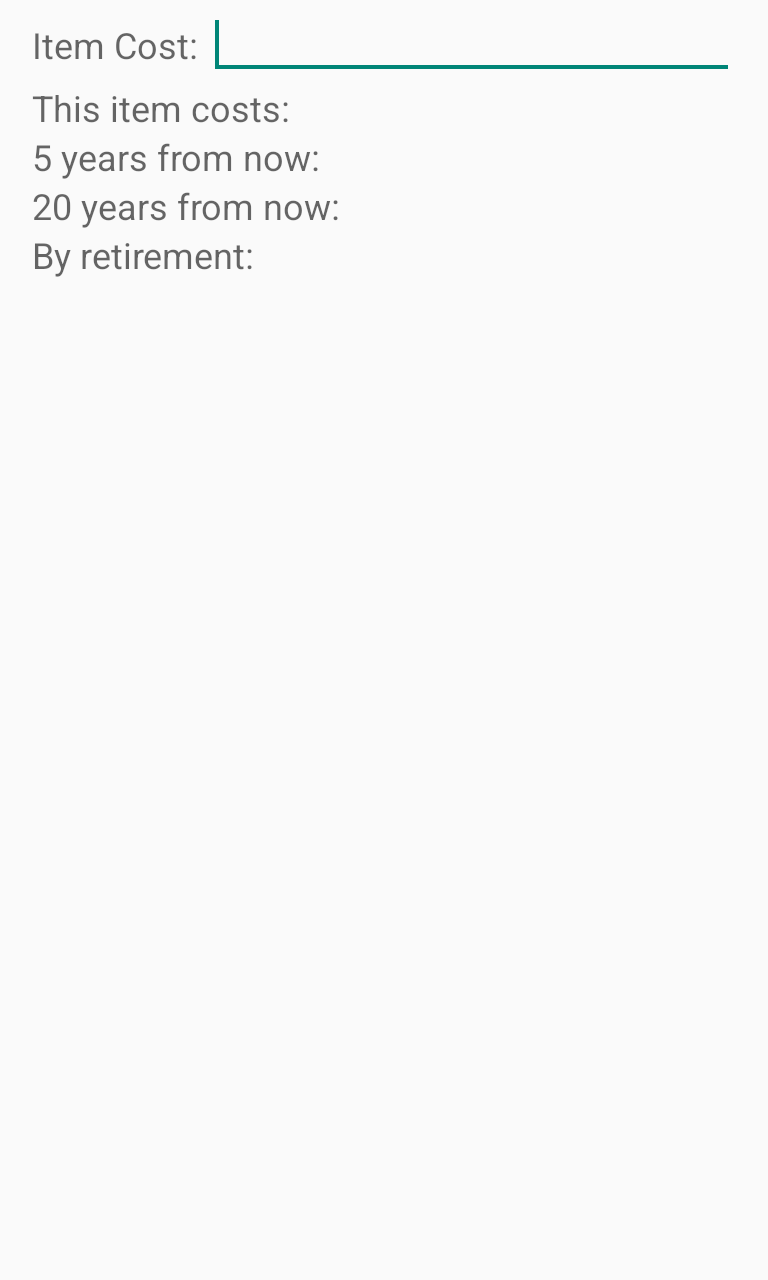
Repository: aallev11/saveit
Layout: ShouldISaveIt/res/layout/lifetimevalue.xml
An editor plug-in stored every save of this project. The layout is shown before and after the next save, followed by the edit.
It is drawn on a 768 x 1280 px phone screen (xhdpi) without system bars, with theme AppTheme; the app's code is not run.

Above is the layout before, as saved 2014-03-30 12:44:42.

### ShouldISaveIt/res/layout/lifetimevalue.xml
<?xml version="1.0" encoding="utf-8"?>
<FrameLayout xmlns:android="http://schemas.android.com/apk/res/android"
    android:layout_width="match_parent"
    android:layout_height="match_parent" >

    <LinearLayout
        android:layout_width="fill_parent"
        android:layout_height="fill_parent"
        android:orientation="vertical"
        android:paddingLeft="16dp"
        android:paddingRight="16dp" >

        <LinearLayout
            android:layout_width="fill_parent"
            android:layout_height="wrap_content"
            android:orientation="horizontal" >

            <TextView
                android:id="@+id/itemCost"
                android:layout_width="wrap_content"
                android:layout_height="wrap_content"
                android:text="Item Cost: "
                android:textAppearance="?android:attr/textAppearanceMedium" />

            <EditText
                android:id="@+id/editItemCost"
                android:layout_width="match_parent"
                android:layout_height="wrap_content"
                android:ems="10"
                android:inputType="numberDecimal"
                android:width="40dp" >

                <requestFocus />
            </EditText>
        </LinearLayout>

        <TextView
            android:layout_width="fill_parent"
            android:layout_height="wrap_content"
            android:text="This item costs:  "
            android:textAppearance="?android:attr/textAppearanceMedium" />

        <LinearLayout
            android:layout_width="fill_parent"
            android:layout_height="wrap_content"
            android:orientation="horizontal" >

            <TextView
                android:layout_width="wrap_content"
                android:layout_height="wrap_content"
                android:text="5 years from now:  "
                android:textAppearance="?android:attr/textAppearanceMedium" />

            <TextView
                android:id="@+id/edit5years"
                android:layout_width="match_parent"
                android:layout_height="wrap_content"
                android:ems="10"
                android:width="40dp" >
            </TextView>
        </LinearLayout>

        <LinearLayout
            android:layout_width="fill_parent"
            android:layout_height="wrap_content"
            android:orientation="horizontal" >

            <TextView
                android:layout_width="wrap_content"
                android:layout_height="wrap_content"
                android:text="20 years from now:  "
                android:textAppearance="?android:attr/textAppearanceMedium" />

            <TextView
                android:id="@+id/edit20years"
                android:layout_width="match_parent"
                android:layout_height="wrap_content"
                android:ems="10"
                android:width="40dp" >
            </TextView>
        </LinearLayout>

        <LinearLayout
            android:layout_width="fill_parent"
            android:layout_height="wrap_content"
            android:orientation="horizontal" >

            <TextView
                android:layout_width="wrap_content"
                android:layout_height="wrap_content"
                android:text="By retirement:  "
                android:textAppearance="?android:attr/textAppearanceMedium" />

            <TextView
                android:id="@+id/editByRetirement"
                android:layout_width="match_parent"
                android:layout_height="wrap_content"
                android:ems="10"
                android:width="40dp" >
            </TextView>
        </LinearLayout>
    </LinearLayout>

</FrameLayout>

Loaded but not shown: ShouldISaveIt/res/values/styles.xml (common file); ShouldISaveIt/res/values-v11/styles.xml (common file); ShouldISaveIt/res/values-v14/styles.xml (common file)

After the next save:
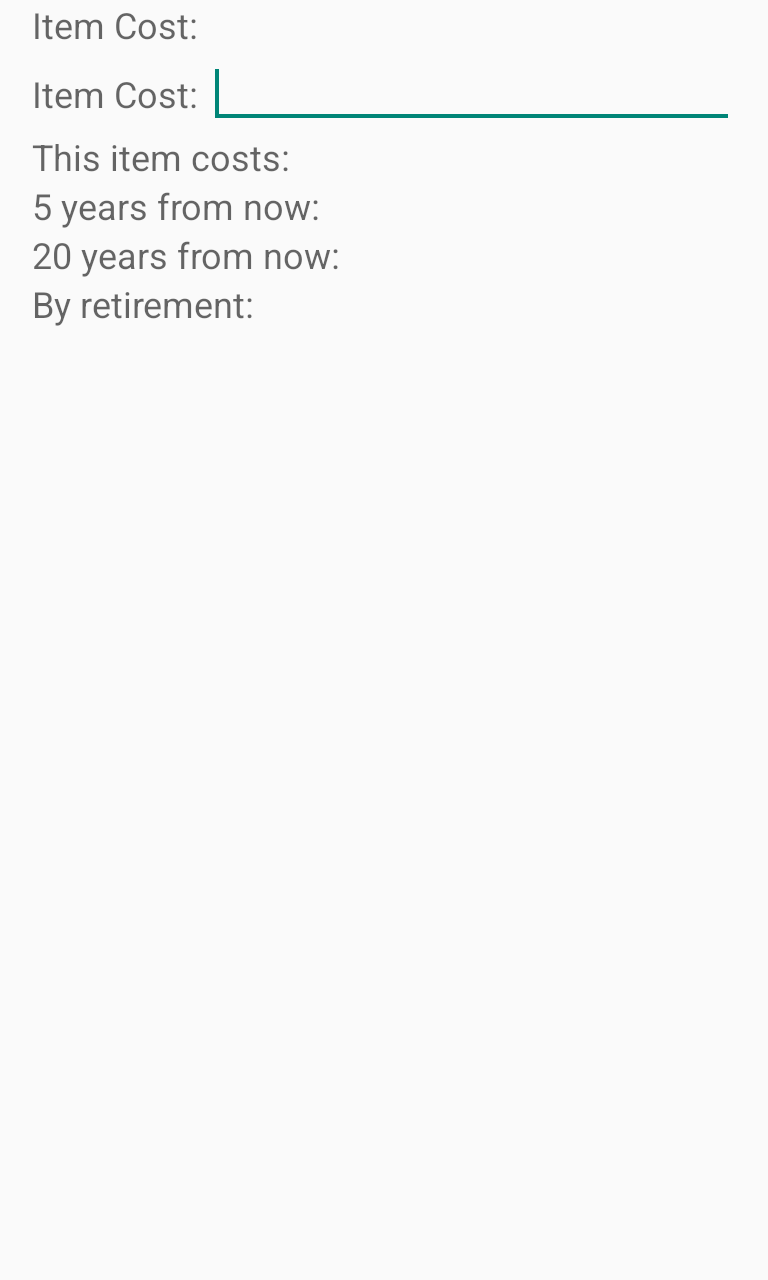
Saved 110 s later.
--- a/ShouldISaveIt/res/layout/lifetimevalue.xml
+++ b/ShouldISaveIt/res/layout/lifetimevalue.xml
@@ -9,6 +9,12 @@
         android:orientation="vertical"
         android:paddingLeft="16dp"
         android:paddingRight="16dp" >
+
+        <TextView
+            android:layout_width="wrap_content"
+            android:layout_height="wrap_content"
+            android:text="Item Cost: "
+            android:textAppearance="?android:attr/textAppearanceMedium" />
 
         <LinearLayout
             android:layout_width="fill_parent"
